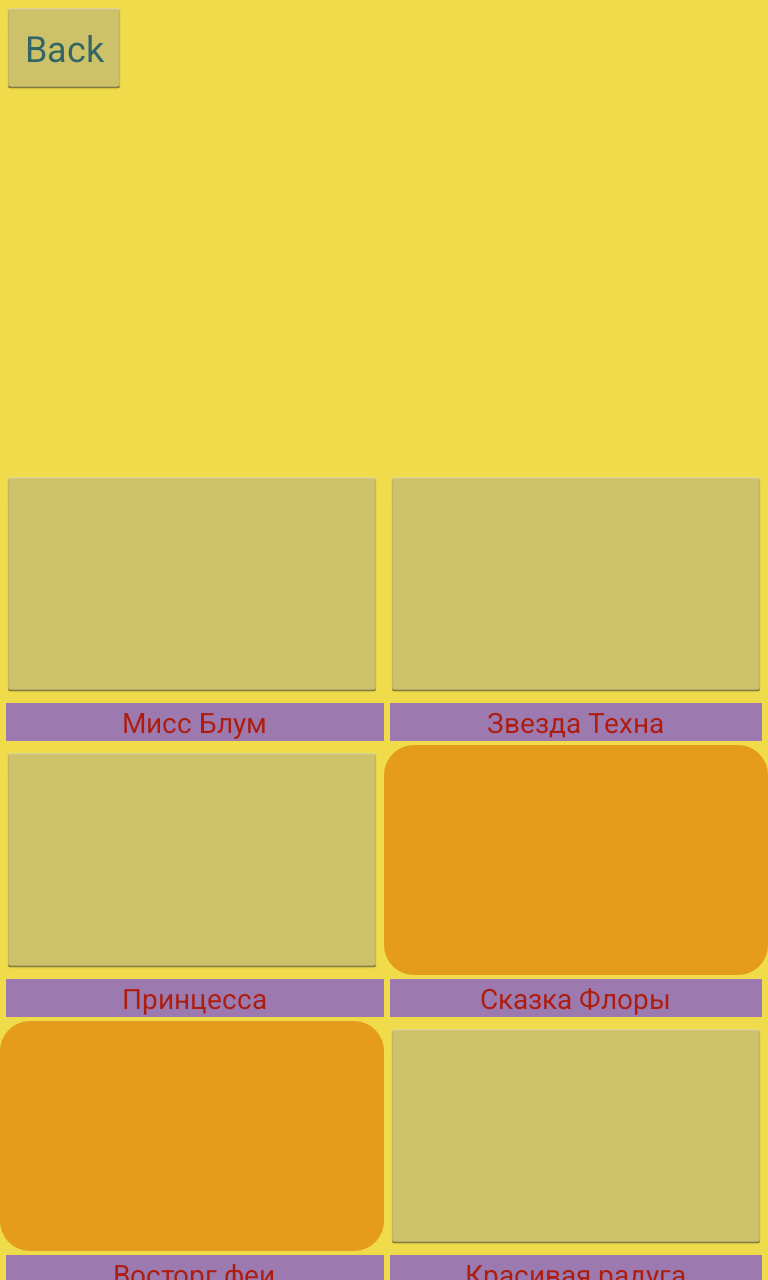
Repository: Skyremix/Winx
Layout: Winx/Winx/res/layout/stages.xml
An editor plug-in stored every save of this project. The layout is shown before and after the next save, followed by the edit.
It is drawn on a 768 x 1280 px phone screen (xhdpi) without system bars, with theme AppTheme; the app's code is not run.

Above is the layout before, as saved 2015-05-15 02:04:44.

After the next save:
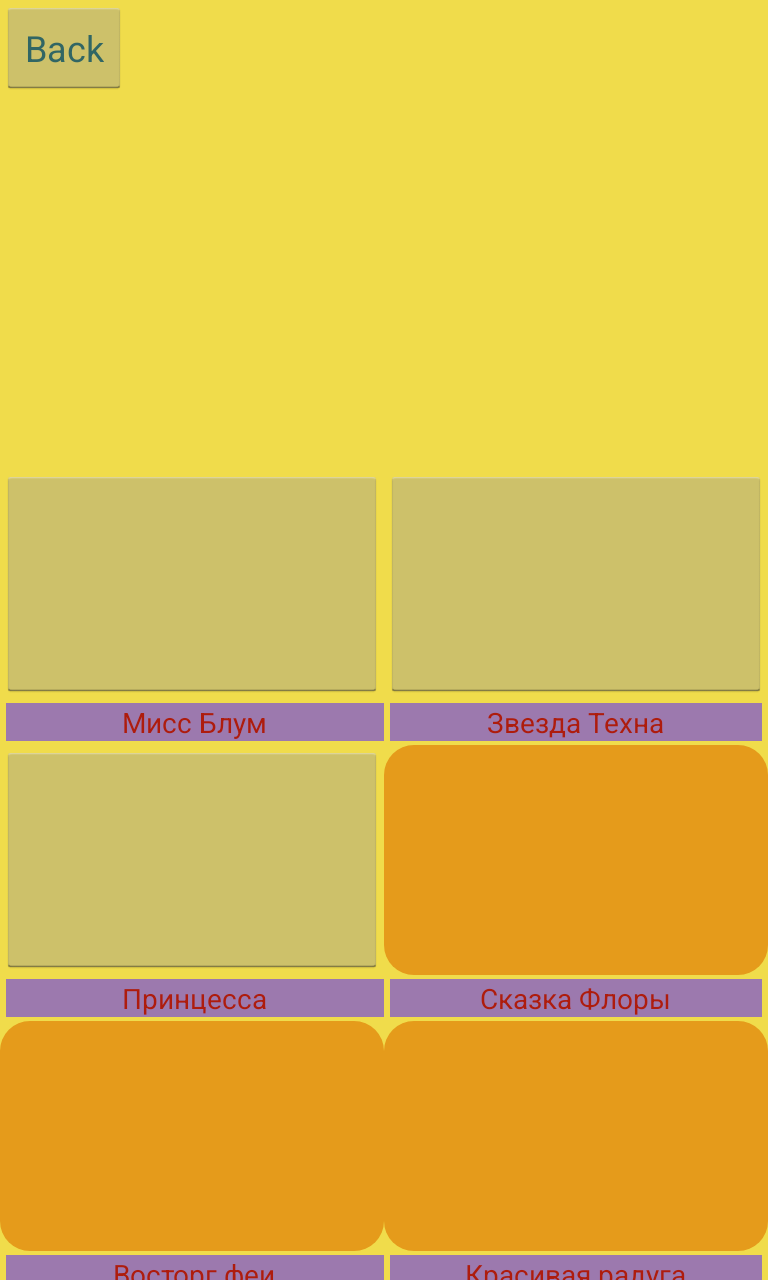
Saved 15 s later.
--- a/Winx/Winx/res/layout/stages.xml
+++ b/Winx/Winx/res/layout/stages.xml
@@ -49,7 +49,7 @@
                 android:layout_width="match_parent"
                 android:layout_height="match_parent"
                 android:layout_gravity="center_horizontal"
-                android:src="@drawable/buttons"/>
+                android:src="@drawable/slect_oval"/>
 
         </LinearLayout>
 
@@ -62,7 +62,7 @@
                 android:id="@+id/btn2"
                 android:layout_width="match_parent"
                 android:layout_height="match_parent"
-                android:src="@drawable/buttons" />
+                android:src="@drawable/slect_oval" />
 
         </LinearLayout>
 
@@ -127,7 +127,7 @@
                 android:id="@+id/btn3"
                 android:layout_width="match_parent"
                 android:layout_height="match_parent"
-                android:src="@drawable/buttons" />
+                android:src="@drawable/slect_oval" />
 
         </LinearLayout>
 
@@ -140,7 +140,7 @@
                 android:id="@+id/imageView4"
                 android:layout_width="match_parent"
                 android:layout_height="match_parent"
-                android:src="@drawable/buttons"
+                android:src="@drawable/slect_oval"
                 android:background="@drawable/slect_oval" />
 
 
@@ -206,7 +206,7 @@
                 android:id="@+id/imageView5"
                 android:layout_width="match_parent"
                 android:layout_height="match_parent"
-                android:src="@drawable/buttons"
+                android:src="@drawable/slect_oval"
                 android:background="@drawable/slect_oval"/>
 
         </LinearLayout>
@@ -220,7 +220,8 @@
                 android:id="@+id/imageView6"
                 android:layout_width="match_parent"
                 android:layout_height="match_parent"
-                android:src="@drawable/buttons" />
+                android:src="@drawable/slect_oval"
+                android:background="@drawable/slect_oval" />
 
         </LinearLayout>
 
